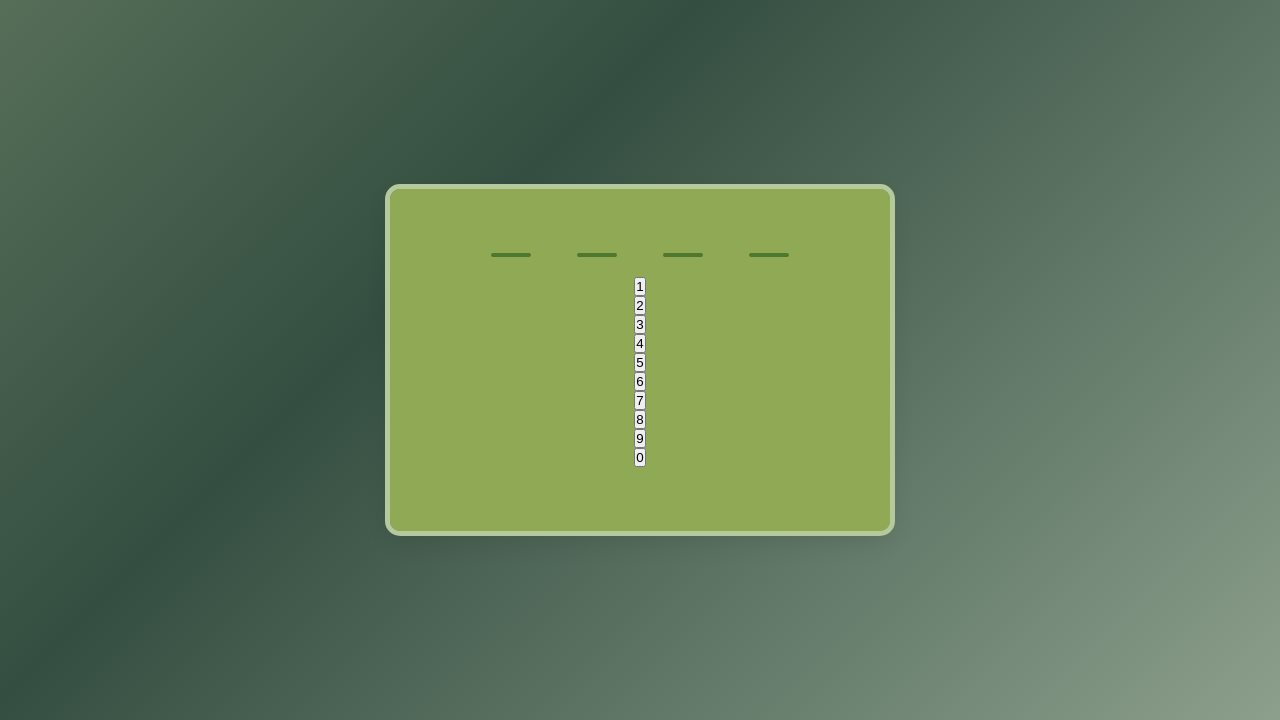
Repository: jahatesu/project-cutie
Page: index.html
These files come from the project's save history. The page is drawn as it stood at one moment and after a run of saves; the edit follows.
The browser window is 1280 px wide. The pictures show the whole page.
Some web libraries are served in a nearby version.

Above is the page before, as saved 2025-08-14 20:22:02.
Console error: TypeError: Cannot read properties of null (reading 'getBoundingClientRect')

### index.html
<!DOCTYPE html>
<html lang="en">
<head>
    <meta charset="UTF-8"
    meta http-equiv="X-UA-Compatible" content="IE=edge">
    <meta name="viewport" content="width=device-width, initial-scale=1.0">
    <title>idk yet</title>
    <link rel="stylesheet" href="https://cdnjs.cloudflare.com/ajax/libs/font-awesome/7.0.0/css/all.min.css">
    <link rel="stylesheet" href="style.css">
</head>

<body>
    <div class="wrapper">
        <!-- <i class="fa-solid fa-heart"></i>
        <h2 class="question">Do you wanna see why I think you’re the cutest?</h2>
        <div class="btn-group">
            <button class="btn-yes">Yes</button>
            <button class="btn-no">No</button>
        </div> -->

        <!-- PIN DISPLAY -->
         <div class="pin-display">
            <div class="pin-box"></div>
            <div class="pin-box"></div>
            <div class="pin-box"></div>
            <div class="pin-box"></div>
         </div>

         <!-- HEART BUTTONS -->
          <button data-num = "1">1</button>
          <button data-num = "2">2</button>
          <button data-num = "3">3</button>
          <button data-num = "4">4</button>
          <button data-num = "5">5</button>
          <button data-num = "6">6</button>
          <button data-num = "7">7</button>
          <button data-num = "8">8</button>
          <button data-num = "9">9</button>
          <button data-num = "0">0</button>
    </div>

    <script src="script.js"></script>


</body>
</html>

### style.css
:root{
    --bg1:#e9f5db;
    --bg2:#90a955;
    --accent:#b5c99a;
    --ink:#232323;
    --splash-duration: 2600ms;
  }

*{
    margin: 0;
    padding: 0;
    box-sizing: border-box;
}

html, body {
    display: flex;
    justify-content: center;
    align-items: center;
    min-height: 100vh;
  width: 100%;
  height:100%;
}

body {
    background: linear-gradient(-45deg, #e9f5db, #344e41, #b5c99a, #23d5ab);
    background-size: 400% 400%;
    animation: gradient 15s ease infinite;
}

@keyframes gradient {
    0% {
        background-position: 0% 50%;
    }
    50% {
        background-position: 100% 50%;
    }
    100% {
        background-position: 0% 50%;
    }
}
.wrapper{
    position: relative;
    width: 90%;
    padding: 5%;
    max-width: 500px;
    margin: 50px 50px;
    height: fit-content;
    /* max-height: 50%; */
    background: #90a955;
    border-radius: 10px;
    display: flex;
    justify-content: center;
    align-items: center;
    box-shadow: 0 10px 25px rgba(0,0,0,0.1);
    flex-direction: column;
    text-align: center;
    outline: 5px solid #b5c99a;
}

.pin-display{
  display: flex;
  justify-content: space-between;
  margin-bottom: 20px;
  width: 80%;
}

.pin-box{
  width: clamp(30px, 8vw, 40px);
  height: clamp(30px, vw, 50px);
  border: 2px solid #4f772d;
  border-radius: 5px;
  background: rgba(255,255,255,0.2);
}

/* .wrapper i {
  font-size: 50px;
  margin-bottom: 10px;
  color: #e9f5db;
}

i{
    font-size:7.5em;
    color: #e9f5db;
    border: 5px solid transparent;
}

h2{
    font-size: 2em;
    color: #e9f5db;
    margin: 15px 0;
}
@media (max-width: 600px) {
  .h2 {
    font-size: 1.2rem;
  }
}

.btn-group{
    width: 100%;
    height: 40px;
    display: flex;
    justify-content: center;
    margin-top: 15px;
}

button {
    position: absolute;
    width: 150px;
    height: inherit;
    font-size: 1.2em;
    color: #e9f5db;
    font-weight: 600;
    border-radius: 30px;
    border: 2px solid #4f772d;
    cursor: pointer;
    box-shadow: 0 5px 15px rgba(0,0,0,0.3);
}

button:nth-child(1){
    margin-left: -200px;
    background: #4f772d;
    color: #b5c99a;
}

button:nth-child(2){
    margin-right: -200px;
    color: #b5c99a;
}

@media (max-width: 400px) {
  .question {
    font-size: 5vw;
  }
  button {
    font-size: 4vw;
  }
} */

### script.js
const wrapper = document.querySelector(".wrapper");
const question = document.querySelector(".question");
const yesBtn = document.querySelector(".btn-yes");
const noBtn = document.querySelector(".btn-no");

const wrapperRect = wrapper.getBoundingClientRect();
const noBtnRect = noBtn.getBoundingClientRect();


yesBtn.addEventListener('click', () => {
    question.innerHTML = 'I knew it! Love you too <3 ';
})

noBtn.addEventListener('mouseover', () => {
    const i = Math.floor(Math.random() * (wrapperRect.width - noBtnRect.width));
    const j = Math.floor(Math.random() * (wrapperRect.height - noBtnRect.height));
    noBtn.style.left = i + "px";
    noBtn.style.top = j + "px";
})

After the next 4 saves:
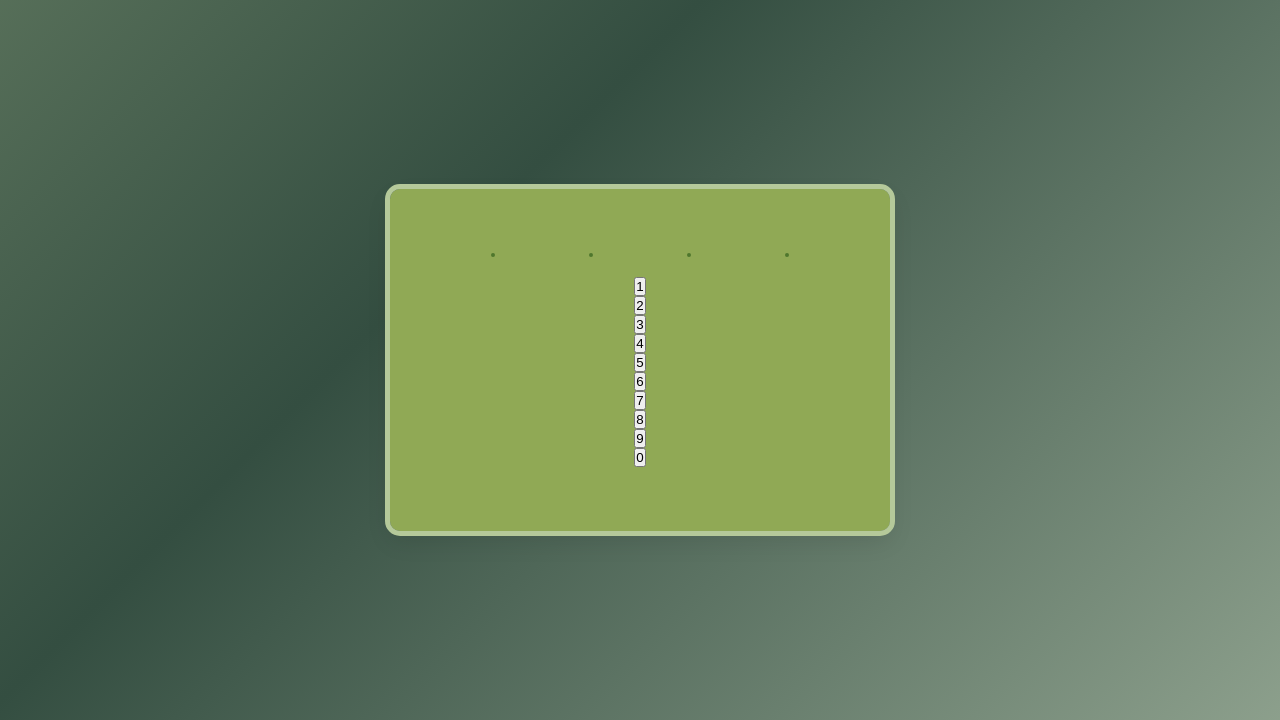
The 4 saves are shown as one change because they came seconds apart.
The last was saved 10 s later.
--- a/style.css
+++ b/style.css
@@ -65,8 +65,8 @@ body {
 }
 
 .pin-box{
-  width: clamp(30px, 8vw, 40px);
-  height: clamp(30px, vw, 50px);
+  width: clamp(40px);
+  height: clamp(9vw);
   border: 2px solid #4f772d;
   border-radius: 5px;
   background: rgba(255,255,255,0.2);
